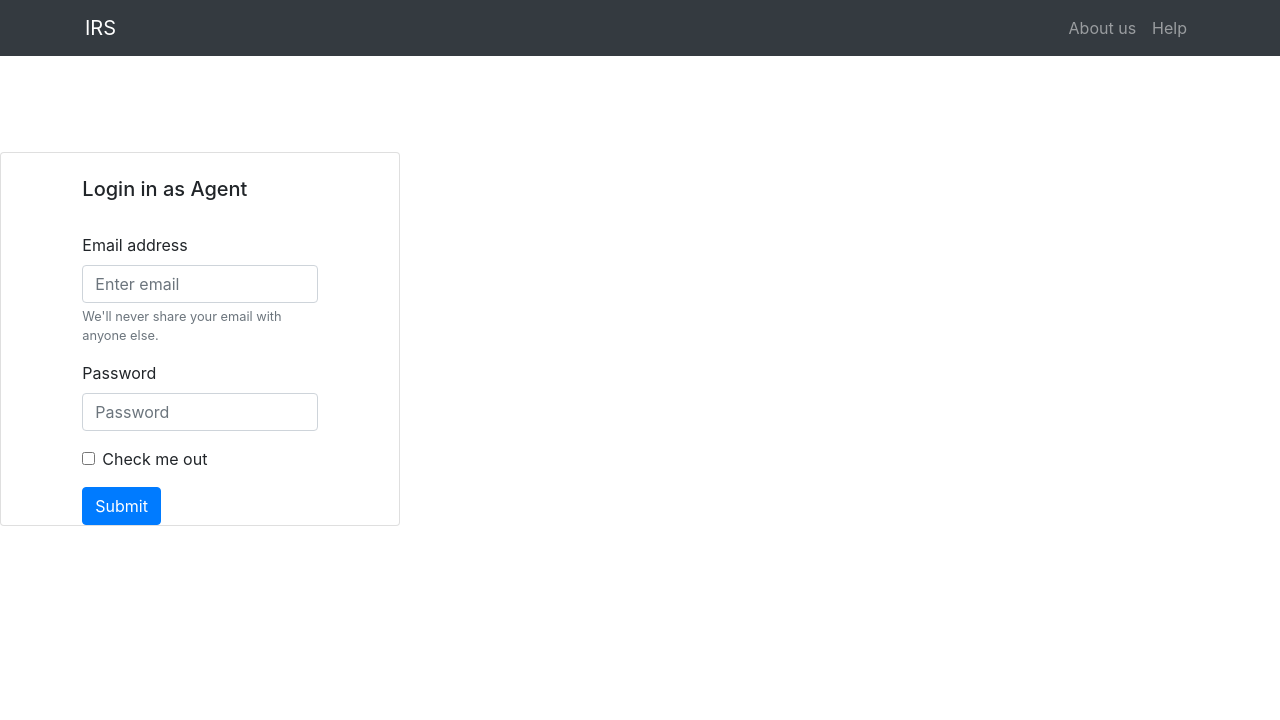
Repository: greeshmavyas/IRS_CS
Page: / (app in AgentManagement/Frontend/)
An editor plug-in stored every save of this project. The page is shown before and after the next save, followed by the edit.
The browser window is 1280 px wide. The pictures show the whole page.
Some web libraries are served in a nearby version. The project was rebuilt for these pictures with package versions that can differ from the ones it lists, and the page was loaded fresh each time. Also part of the build but not shown: AgentManagement/Frontend/src/components/NavbarDash.js, AgentManagement/Frontend/src/components/Sidebar.js, AgentManagement/Frontend/src/components/Dashboard.js, AgentManagement/Frontend/src/components/Settings.js, AgentManagement/frontend/src/App.css.

Above is the page before, as saved 2020-10-26 16:26:22.

After the next save:
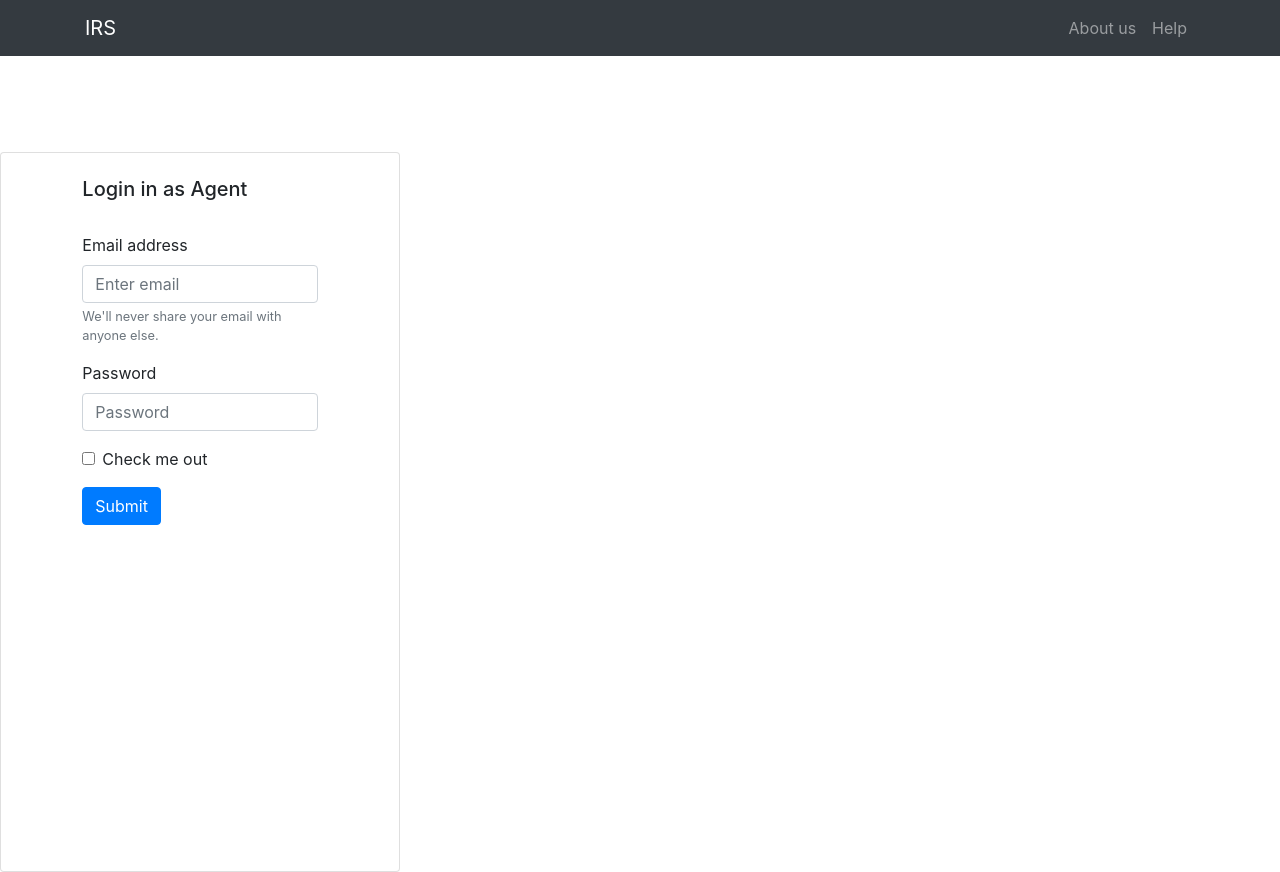
Saved 32 s later.
--- a/AgentManagement/Frontend/src/components/login.js
+++ b/AgentManagement/Frontend/src/components/login.js
@@ -29,7 +29,7 @@
         <br></br>
         <br></br>
         <br></br>
-          <Card style={{ width: '25rem',  alignItems:"center", justify:"center" }}>
+          <Card style={{ width: '25rem',  alignItems:"center", justify:"center", minHeight: '100vh' }}>
             <div className="container">
               <div className="row">
                 <div className="col-md-8 m-auto">

After the save that followed:
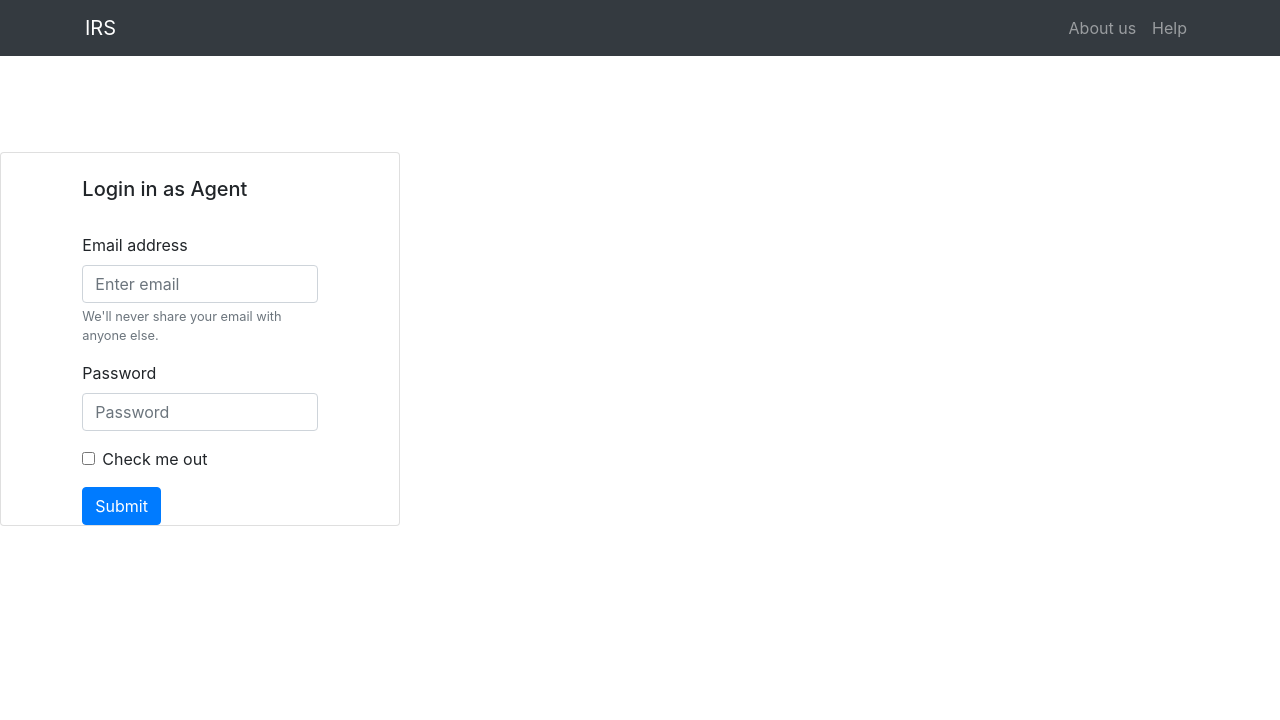
Saved 14 s later.
--- a/AgentManagement/Frontend/src/components/login.js
+++ b/AgentManagement/Frontend/src/components/login.js
@@ -29,7 +29,7 @@
         <br></br>
         <br></br>
         <br></br>
-          <Card style={{ width: '25rem',  alignItems:"center", justify:"center", minHeight: '100vh' }}>
+          <Card style={{ width: '25rem' }}>
             <div className="container">
               <div className="row">
                 <div className="col-md-8 m-auto">
